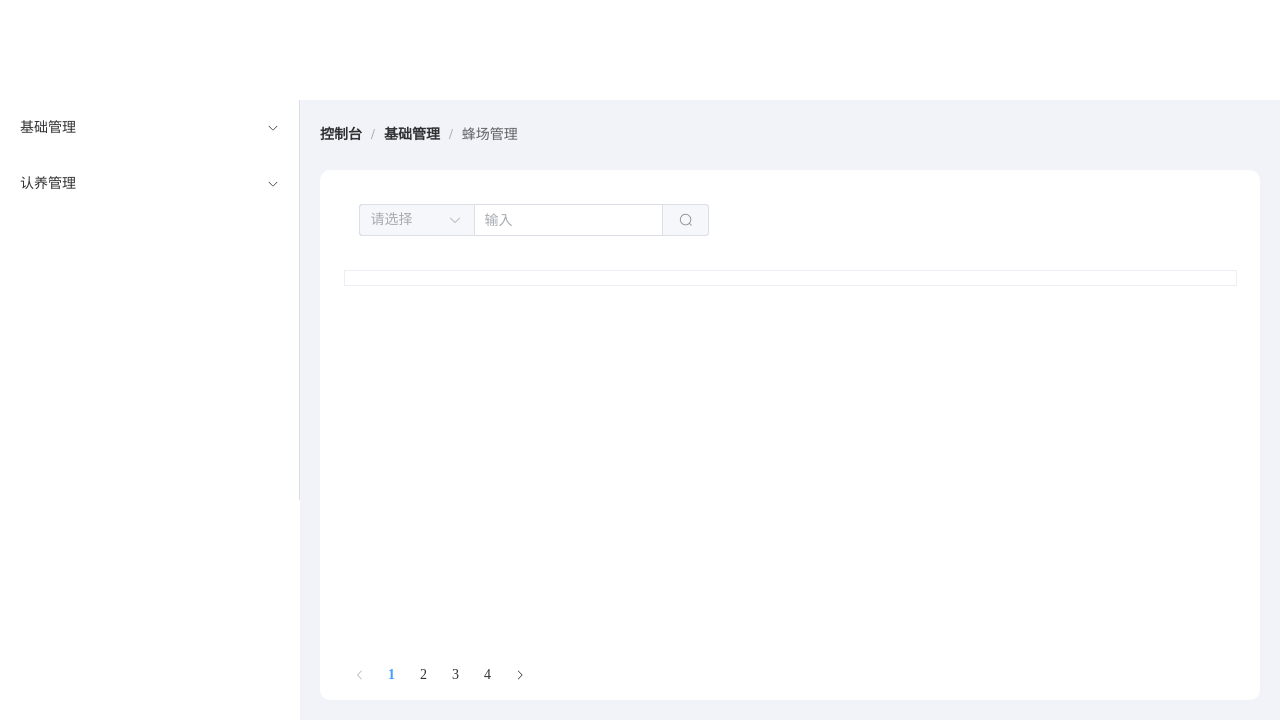
Repository: secret47/test-office-demo
Page: /dashboard/order/list
An editor plug-in stored every save of this project. The page is shown before and after a run of saves, followed by the edit.
The browser window is 1280 px wide. The pictures show the whole page.
The project was rebuilt for these pictures with package versions that can differ from the ones it lists, and the page was loaded fresh each time. Also part of the build but not shown: vite.config.js.

Above is the page before, as saved 2024-10-30 11:09:19.

After the next 2 saves:
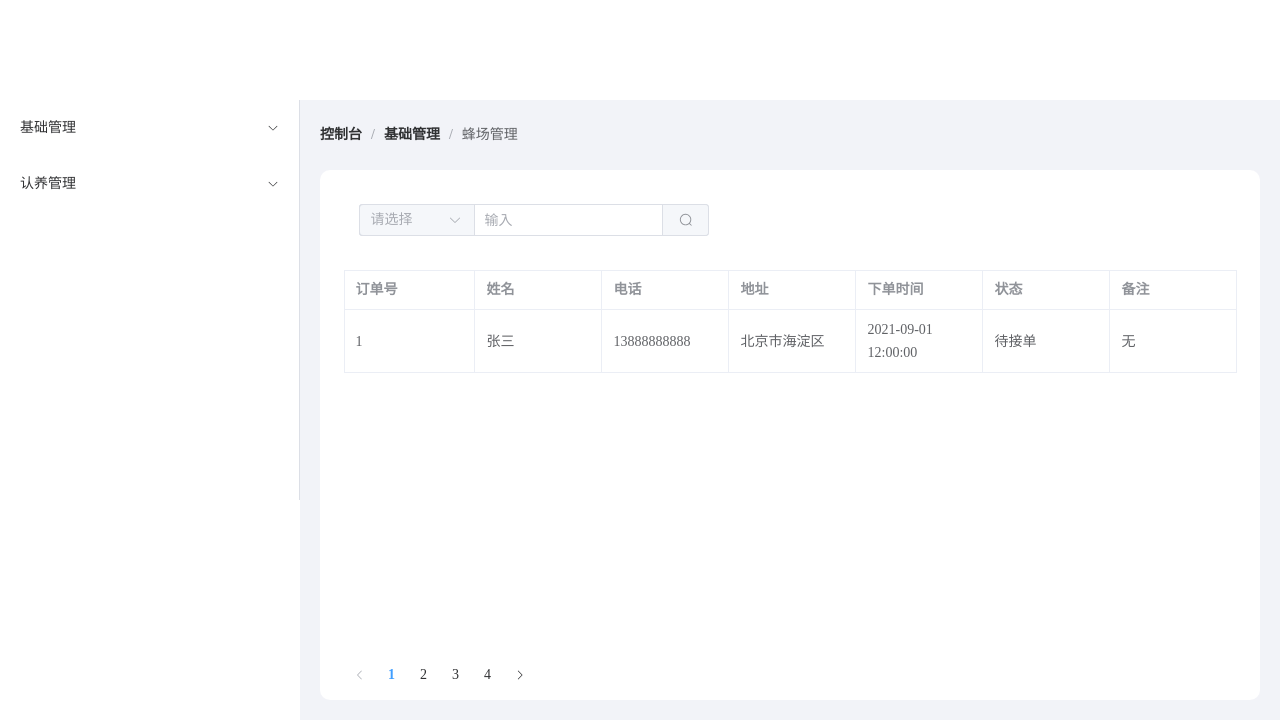
The 2 saves are shown as one change because they came seconds apart.
The last was saved 26 s later.
--- a/src/views/dashboard/order/list/index.vue
+++ b/src/views/dashboard/order/list/index.vue
@@ -19,7 +19,13 @@
         <div class="list">
             <div class="tables">
                 <el-table border :data="orderList">
-
+                    <el-table-column prop="id" label="订单号" />
+                    <el-table-column prop="name" label="姓名" />
+                    <el-table-column prop="tel" label="电话" />
+                    <el-table-column prop="address" label="地址" />
+                    <el-table-column prop="time" label="下单时间" />
+                    <el-table-column prop="status" label="状态" />
+                    <el-table-column prop="remark" label="备注" />
                 </el-table>
             </div>
             <div class="pages">
